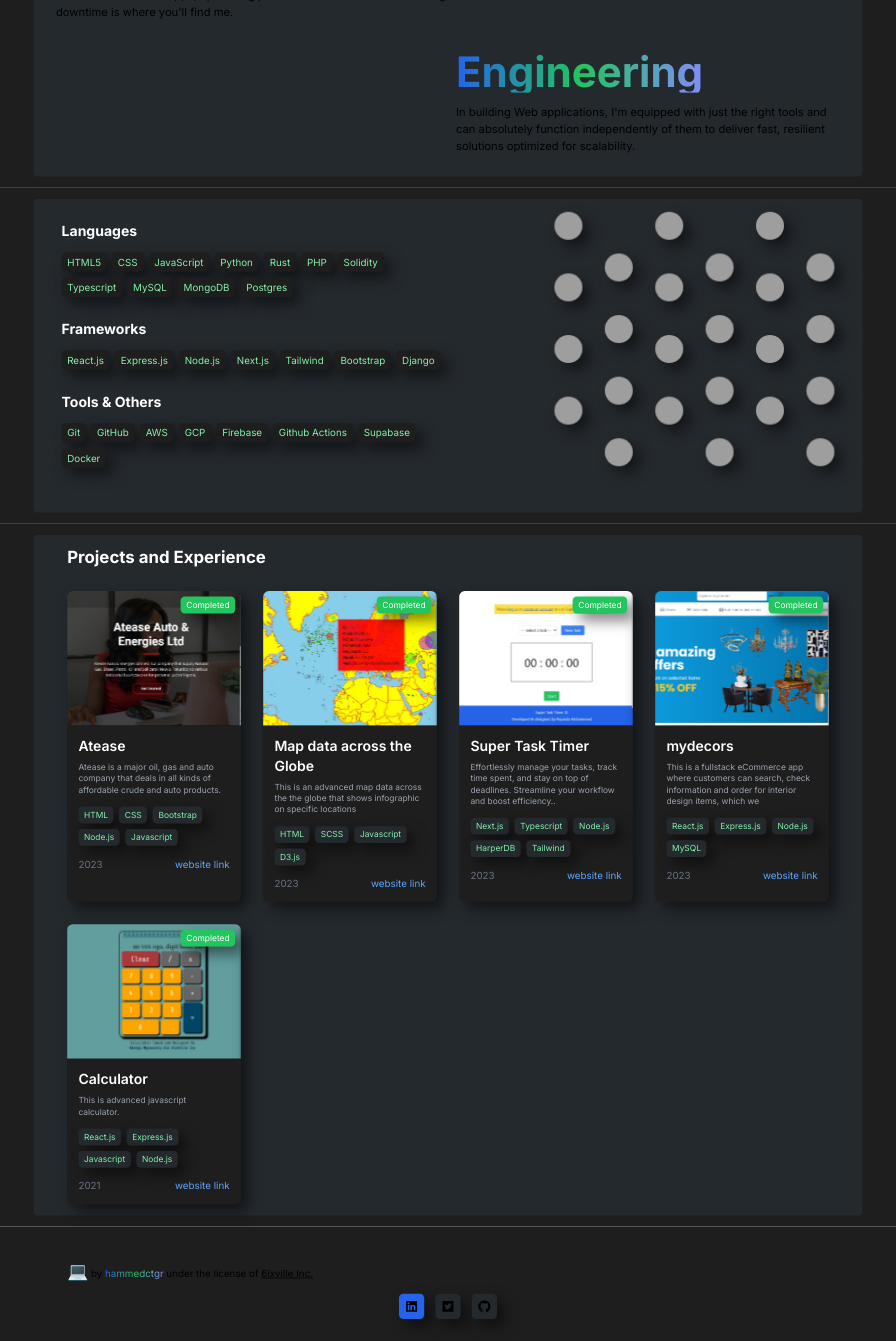
Repository: muhammedctgr/hammedctgr
Page: /
An editor plug-in stored every save of this project. The page is shown before and after the next save, followed by the edit.
The browser window is 1280 px wide. The pictures show the part of the page from y = 776 to 2696 px (the page is 2692 px tall before and 2696 px after), at 70% of full size.
Pictures or frames that could not be fetched are drawn as grey boxes. The project was rebuilt for these pictures with package versions that can differ from the ones it lists, and the page was loaded fresh each time. The framework's server and built-in components were replaced by stand-ins that run in the browser. Also part of the build but not shown: next.config.mjs.

Above is the page before, as saved 2024-08-18 10:43:28.

After the next save:
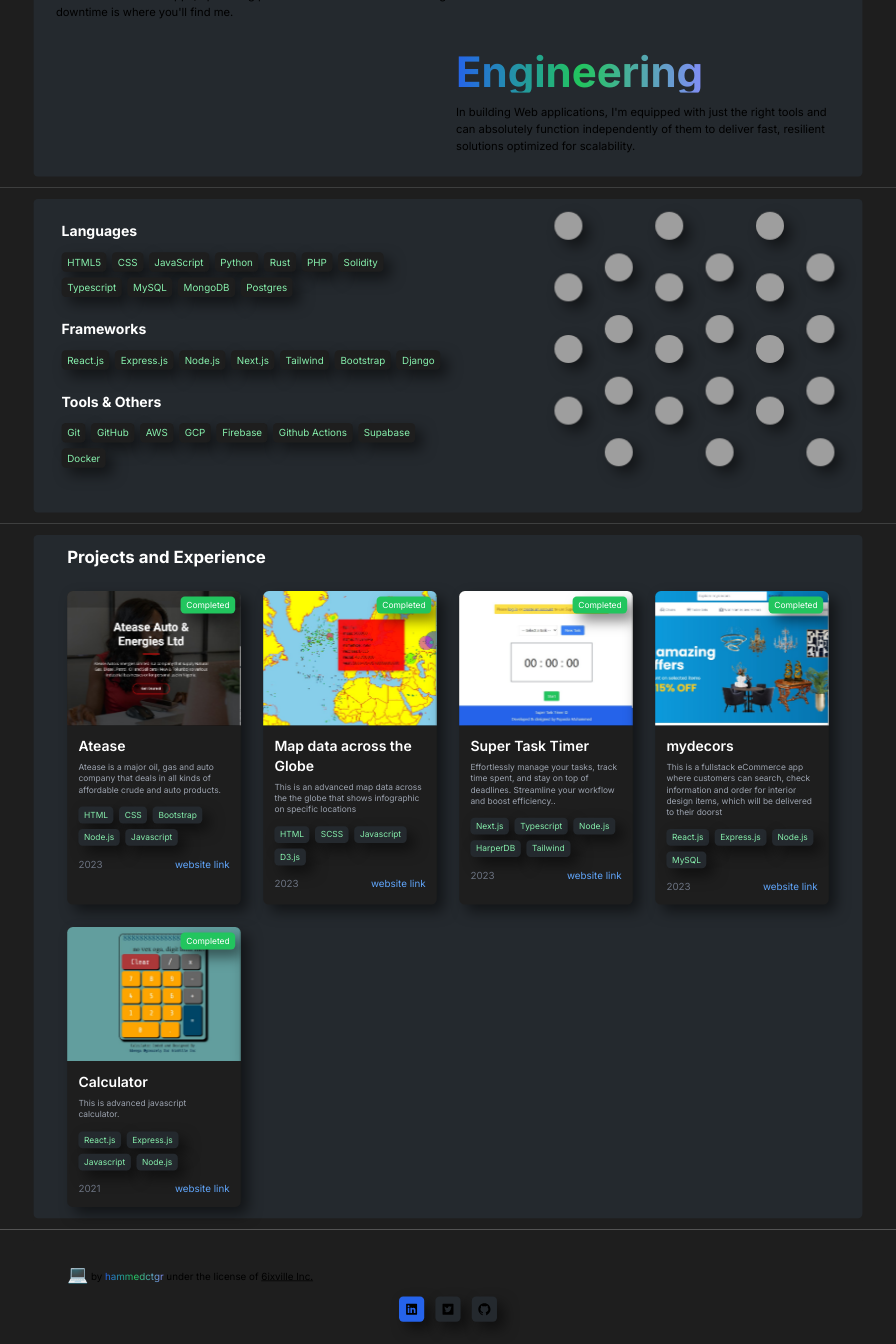
Saved 13 s later.
--- a/components/ProjectsSection.tsx
+++ b/components/ProjectsSection.tsx
@@ -40,7 +40,7 @@ const projects: Project[] = [
   },
   {
     title: "mydecors",
-    description: "This is a fullstack eCommerce app where customers can search, check information and order for interior design items, which we",
+    description: "This is a fullstack eCommerce app where customers can search, check information and order for interior design items, which will be delivered to their doorst",
     technologies: ["React.js", "Express.js", "Node.js", "MySQL"],
     date: "2023",
     status: "Completed",
